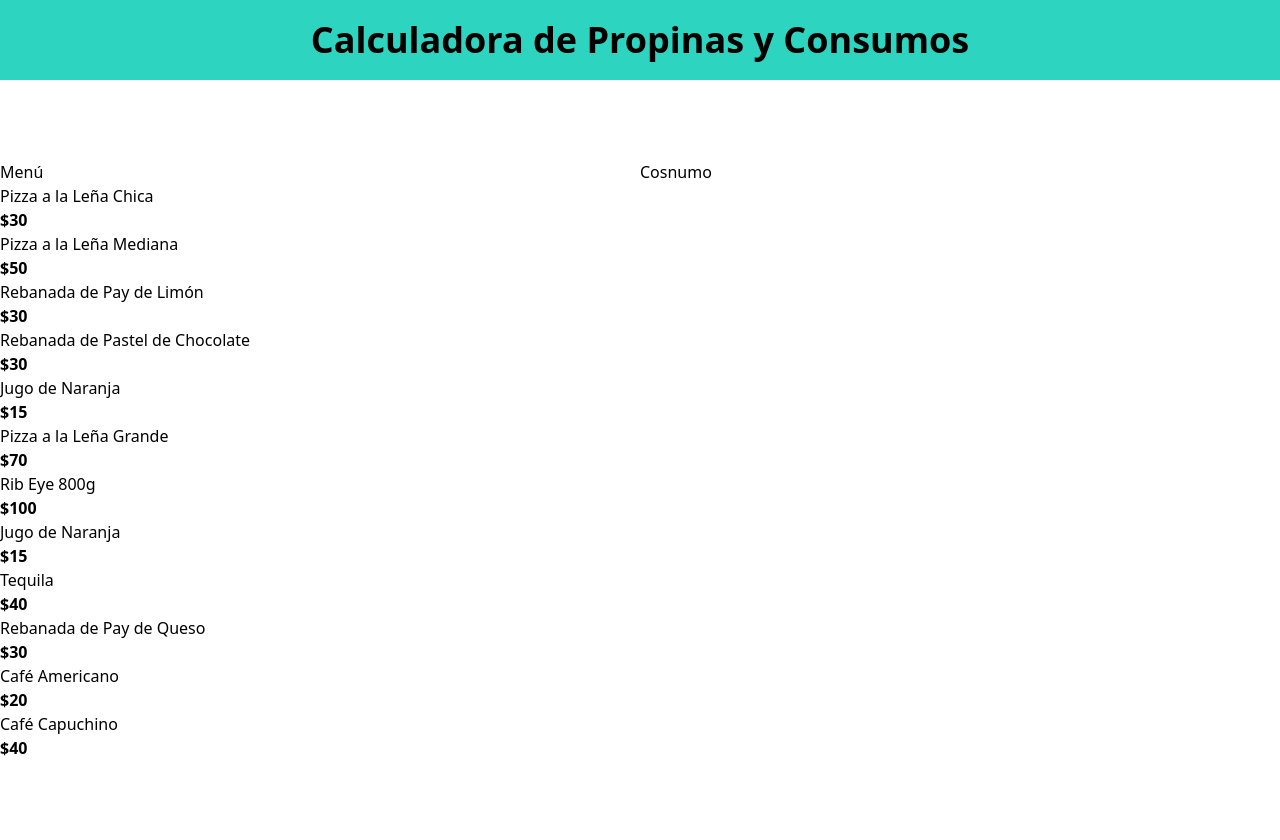
Repository: Matiiu/tip-calculator
Page: /
An editor plug-in stored every save of this project. The page is shown before and after the next save, followed by the edit.
The browser window is 1280 px wide. The pictures show the whole page.
The project was rebuilt for these pictures with package versions that can differ from the ones it lists, and the page was loaded fresh each time. Also part of the build but not shown: vite.config.ts.

Above is the page before, as saved 2024-03-29 09:53:13.

### src/App.tsx
import Header from "./components/Header";
import { menuItems } from "./api/db";
import MenuItem from "./components/MenuItem";

export default function App() {
  return (
    <>
      <Header />

      <main className="max-w-7xl mx-auto py-20 grid md:grid-cols-2">
        <div>
          <h2>Menú</h2>

          {menuItems.map(item => (
            <MenuItem
              key={item.id}
              item={item}
            />
          ))}
        </div>

        <div>
          <h2>Cosnumo</h2>

        </div>
      </main>
    </>
  )
}

### src/components/Header.tsx
export default function Header() {
  return (
    <header className="bg-teal-400 py-5">
        <h1 className="text-center text-4xl font-black">Calculadora de Propinas y Consumos</h1>
    </header>
  )
}

### src/api/db.ts
import type { MenuItem } from '../types';

export const menuItems: MenuItem[] = [
  {
    id: 1,
    name: "Pizza a la Leña Chica",
    price: 30,
  },
  {
    id: 2,
    name: "Pizza a la Leña Mediana",
    price: 50,
  },
  {
    id: 3,
    name: "Rebanada de Pay de Limón",
    price: 30,
  },
  {
    id: 4,
    name: "Rebanada de Pastel de Chocolate",
    price: 30,
  },
  {
    id: 5,
    name: "Jugo de Naranja",
    price: 15,
  },
  {
    id: 6,
    name: "Pizza a la Leña Grande",
    price: 70,
  },
  {
    id: 7,
    name: "Rib Eye 800g",
    price: 100,
  },
  {
    id: 8,
    name: "Jugo de Naranja",
    price: 15,
  },
  {
    id: 9,
    name: "Tequila",
    price: 40,
  },
  {
    id: 10,
    name: "Rebanada de Pay de Queso",
    price: 30,
  },
  {
    id: 11,
    name: "Café Americano",
    price: 20,
  },
  {
    id: 12,
    name: "Café Capuchino",
    price: 40,
  },
];

### src/components/MenuItem.tsx
import type { MenuItem } from "../types";

type MenuItemProps = {
  item: MenuItem;
};

export default function MenuItem({ item }: MenuItemProps) {
  return (
    <section>
        <p>{item.name}</p>
        <p className="font-black">${item.price}</p>
    </section>
  );
}

Loaded but not shown: index.html (common file); src/main.tsx (common file); src/index.css (common file); tailwind.config.js (common file)

After the next save:
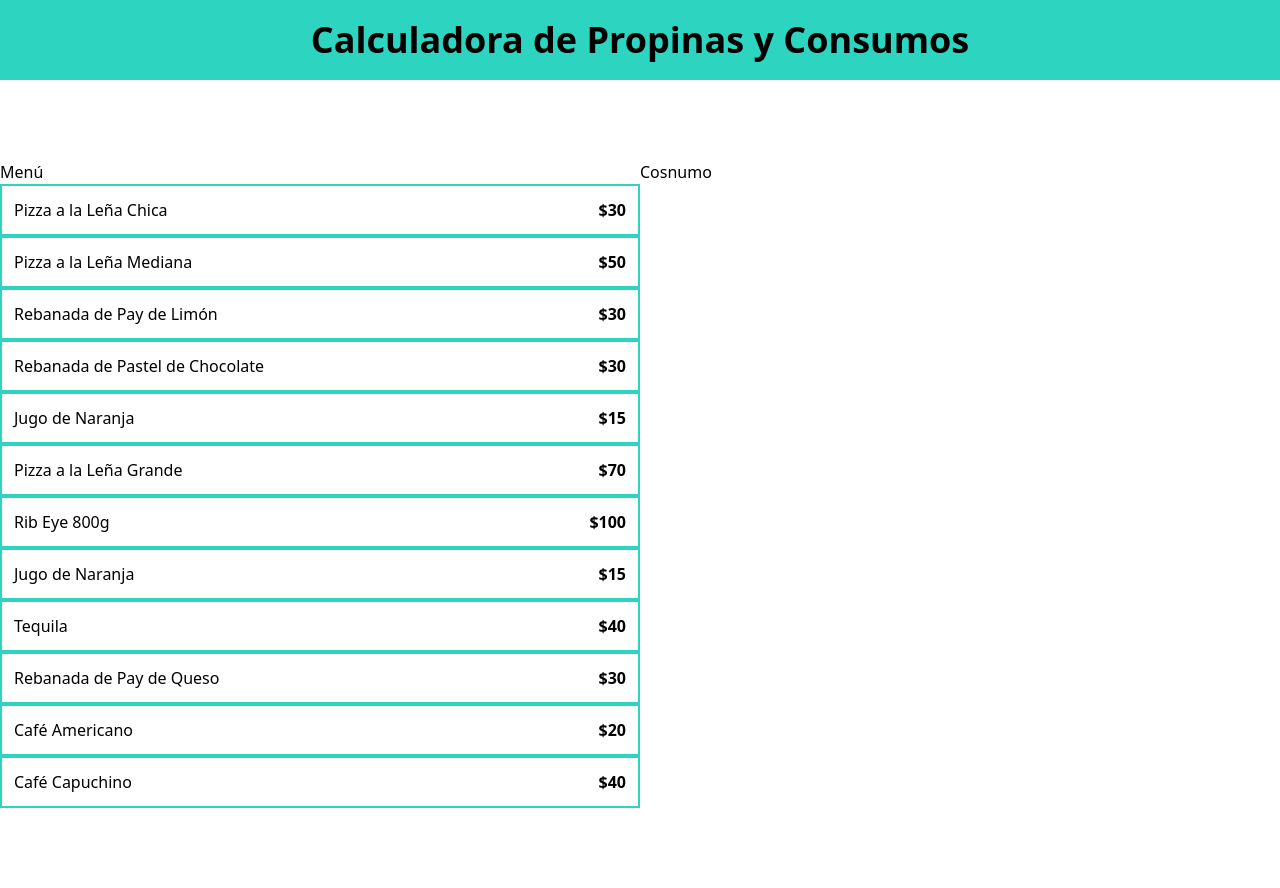
Saved 84 s later.
--- a/src/components/MenuItem.tsx
+++ b/src/components/MenuItem.tsx
@@ -6,9 +6,9 @@ type MenuItemProps = {
 
 export default function MenuItem({ item }: MenuItemProps) {
   return (
-    <section>
+    <button className="border-2 border-teal-400 w-full p-3 flex justify-between">
         <p>{item.name}</p>
         <p className="font-black">${item.price}</p>
-    </section>
+    </button>
   );
 }
